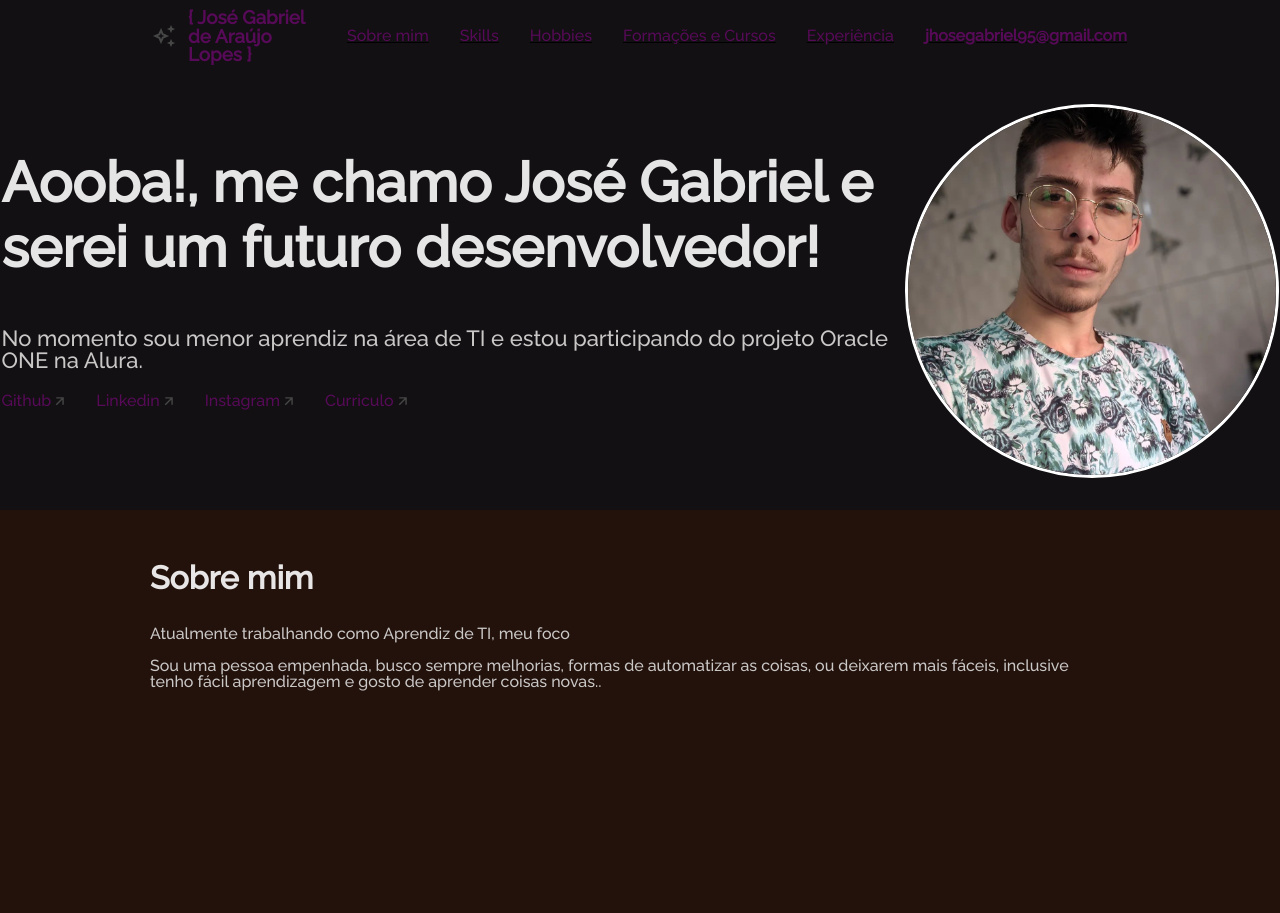
Repository: GabbLps/Portfolio
Page: index.html
These files come from the project's save history. The page is drawn as it stood at one moment and after the next save; the edit follows.
The browser window is 1280 px wide. The pictures show the whole page.

Above is the page before, as saved 2022-06-23 12:36:38.

### index.html
<!DOCTYPE html>
<html lang="en">
<head>
    <meta charset="UTF-8">
    <meta http-equiv="X-UA-Compatible" content="IE=edge">
    <meta name="viewport" content="width=device-width, initial-scale=1.0">

    <!-- Folha de estilo de CSS Linkado -->
    <link rel="stylesheet" href="style.css">

    <link rel="preconnect" href="https://fonts.googleapis.com">
    <link rel="preconnect" href="https://fonts.gstatic.com" crossorigin>

    <!-- Fonte do Projeto Raleway -->
    <link href="https://fonts.googleapis.com/css2?family=Raleway:wght@500&display=swap" rel="stylesheet">

    <title>Portifólio Pessoal</title>
</head>
<body>
    <!-- Menu Principal-->
    <div class="all">
        <section class="menu">
            <header>
                <img class="img__menu" src="assets\vector.png">
                <h3 class="menu__title">{ José Gabriel de Araújo Lopes }</h3>
            </header>
            <nav>
                <ul class="menu__list">
                    <li class="menu__list__item"><a href="#sobremim">Sobre mim</a></li>
                    <li class="menu__list__item"><a href="#skills">Skills</a></li>
                    <li class="menu__list__item"><a href="#hobbies">Hobbies</a></li>
                    <li class="menu__list__item"><a href="#formacao">Formações e Cursos</a></li>
                    <li class="menu__list__item"><a href="#xp">Experiência</a></li>
                    <li class="menu__list__item"><a href="#contato"><b>jhosegabriel95@gmail.com</b></a></li>
                </ul>
            </nav>
        </section>

        <!-- Sessão de Header/Title/Hero -->
        <section class="title">
            <div class="title__div">
                <img class="title__profile" src="assets\profile.jpg">
                <div class="title__container" id="#sobremim">
                    <h2 class="title__bio">Aooba!, me chamo José Gabriel e serei um futuro desenvolvedor!</h2>
                    <p class="title__subsection">No momento sou menor aprendiz na área de TI e estou participando do projeto Oracle ONE na Alura.</p>
                    <ul class="title__social__media">
                        <!-- Ponha os links de suas redes sociais favoritas -->
                        <li class="title__social__media__item"><a href="https://github.com/GabbLps" target="_blank">Github <img src="assets\arrow.png"> </a></li>
                        <li class="title__social__media__item"><a href="https://www.linkedin.com/in/josegabrielalopes/" target="_blank">Linkedin <img src="assets\arrow.png"></a></li>
                        <li class="title__social__media__item"><a href="https://www.instagram.com/gabbriel.lps/" target="_blank">Instagram <img src="assets\arrow.png"></a></li>
                        <li class="title__social__media__item"><a href="curriculo.pdf" target="_blank">Curriculo <img src="assets\arrow.png"></a></li>
                    </ul>
                </div>
            </div>
        </section>

        <!-- Sessão sobre mim -->
        <section class="about">
            <div class="about__container">
                <h3 class="about__title">Sobre mim</h3>
                <p class="about__paragraph">Atualmente trabalhando como Aprendiz de TI, meu foco  </p>
                <p class="about__paragraph">Sou uma pessoa empenhada,
                    busco sempre melhorias, formas de automatizar as coisas, ou deixarem mais fáceis, inclusive tenho fácil aprendizagem e gosto de aprender coisas novas..</p>
            </div>
        </section>


    </div>
</body>
</html>

### style.css
:root{
   /*--cor-de-fundo: #F5F5F5;
    --cor-de-link: #000;
    --cor-de-titulos: #464646;
    --cor-fundo-azul: #EAF2ED;
    --cor-caixas: #FBFBFB;
    --azul-botoes: #2A74E4; */
    --cor-de-fundo: #121013;
    --cor-de-fundo-secundaria: #23120B;
    --cor-de-link: #570A57;
    --cor-de-titulos: #cac7c7;
    --cor-fundo-azul: #EAF2ED;
    --cor-caixas: #fbfbfbe8;
    --azul-botoes: #2A74E4;
}

html {
    background-color: var(--cor-de-fundo);
}

body {
    box-sizing: border-box;
    background-color: var(--cor-de-fundo) ;
    font-family: 'Raleway';
    margin: 0;
    padding: 0;
    line-height: 1;
}

ol, ul,li {
    list-style: none;
}

a{
    text-decoration: none;
    color: var(--cor-de-link);
}

/*Sessão Menu*/

section.menu{
    display: flex;
    justify-content: space-between;
    align-items: center;
    align-content: flex-end;
    height: 10vh;
    margin: 0 153px;
}

section header {
    display: flex;
    align-items: center;
    font-weight: 700;
}

header h3 {
    color: var(--cor-de-link);
}

header img {
    margin-right: 13px;
    user-select: none;
}

/* Sessão lista de navegação  */

nav ul.menu__list {
    display: flex;
    justify-content: space-between;
    width: 780px;
    font-size: 16px;
    text-decoration: underline;
}

/*Sessão Title*/

div.title__div{
    display: flex;
    flex-direction: row-reverse;
    justify-content: space-around;
    align-content: center;
    margin: 0 auto;
}

div.title__container{
    width: 900px;
}

div.title__container h2{
    font-size: 56px;
    font-weight: 700;
    line-height: 65px;
}

section.title{
    margin: 32px 0;
}

div h2.title__bio{
    color: var(--cor-caixas);
}

.title__subsection {
    font-size: 22px;
    color: var(--cor-de-titulos);
    font-weight: 400;
    line-height: 22px;
}

.title__profile{
    width: 368px;
    height: 368px;
    border-radius: 50%;
    border: solid 3px #fff;
}

ul.title__social__media{
    display: flex;
    flex-direction: row;
    gap: 32px;
    padding: 0;
    font-weight: 500;
}

ul li.title__social__media__item{
    font-size: 16px;
    font-weight: 500;
}

/* Sessão about */

section.about{
    width: auto;
    height: 383px;
    background-color: var(--cor-de-fundo-secundaria);
    color: var(--cor-de-titulos);
    padding-top: 20px;
    padding-left: 150px;
    padding: auto;
}

/* Container sessão about me */

div.about__container{
    max-width: 920px;
}

.about__title {
    color: var(--cor-caixas);
    font-size: 32px;
    font-weight: 700;
}

.about__paragraph{
    font-size: 16px;
    line-height: 16px;
    font-weight: 400;
}

After the next save:
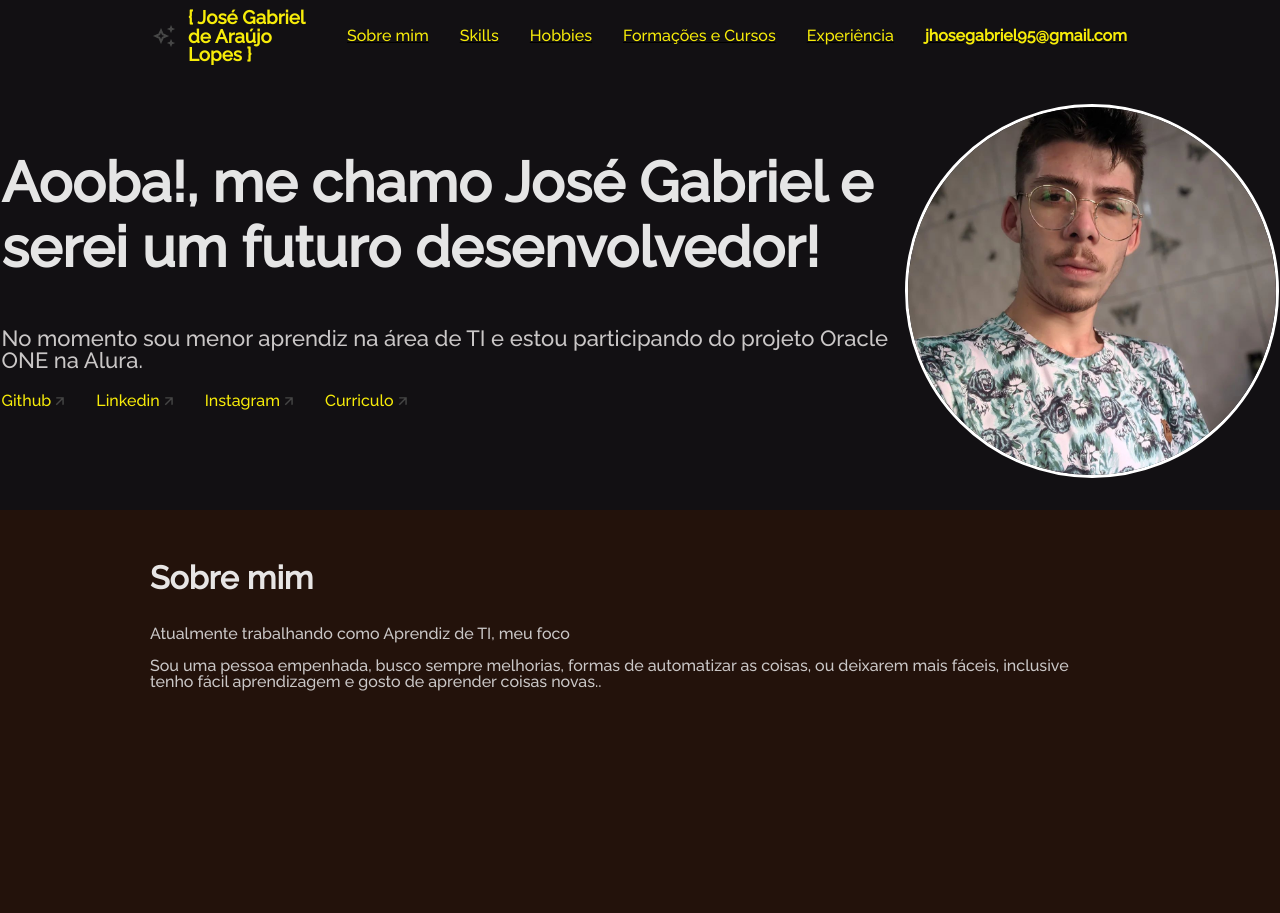
Saved 9 s later.
--- a/style.css
+++ b/style.css
@@ -7,7 +7,7 @@
     --azul-botoes: #2A74E4; */
     --cor-de-fundo: #121013;
     --cor-de-fundo-secundaria: #23120B;
-    --cor-de-link: #570A57;
+    --cor-de-link: #F7EC09;
     --cor-de-titulos: #cac7c7;
     --cor-fundo-azul: #EAF2ED;
     --cor-caixas: #fbfbfbe8;
